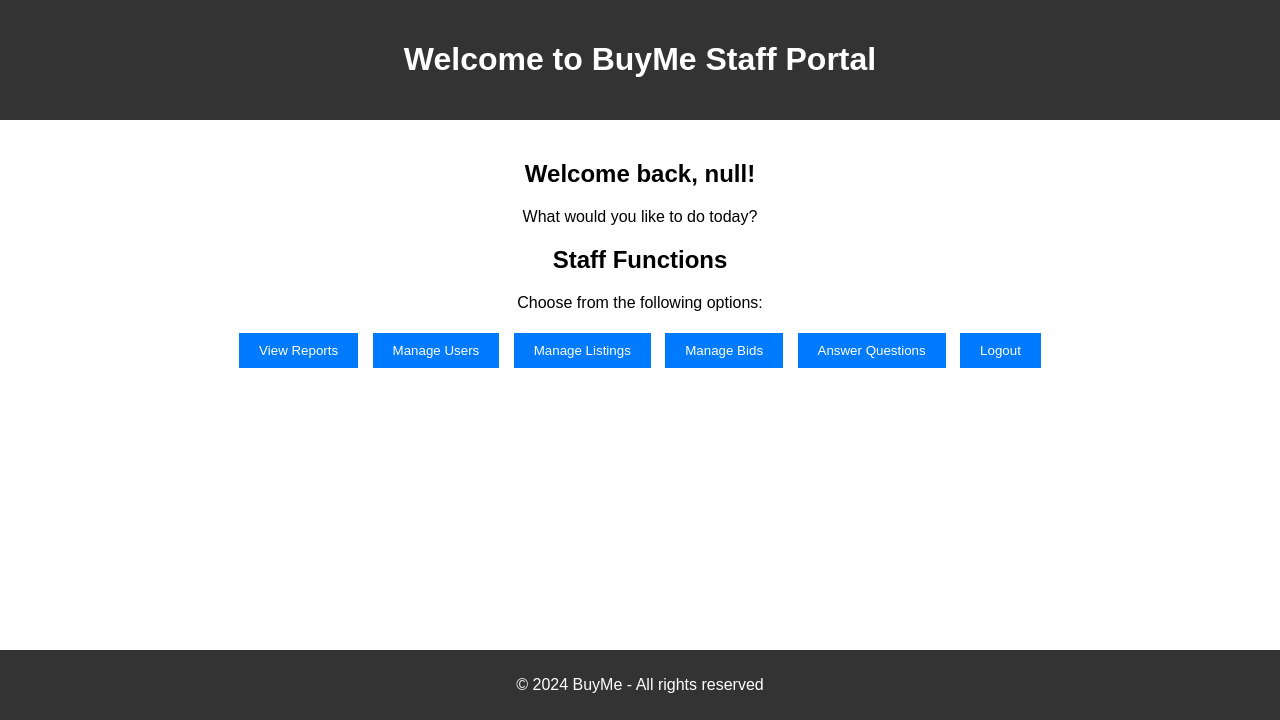
Repository: christot20/BuyMe
Page: http://localhost/336EbayAuction/StaffMode.jsp
An editor plug-in stored every save of this project. The page is shown before and after the next save, followed by the edit.
The browser window is 1280 px wide. The pictures show the whole page.
The page is served by Tomcat 9.

Above is the page before, as saved 2024-05-04 04:34:56.

After the next save:
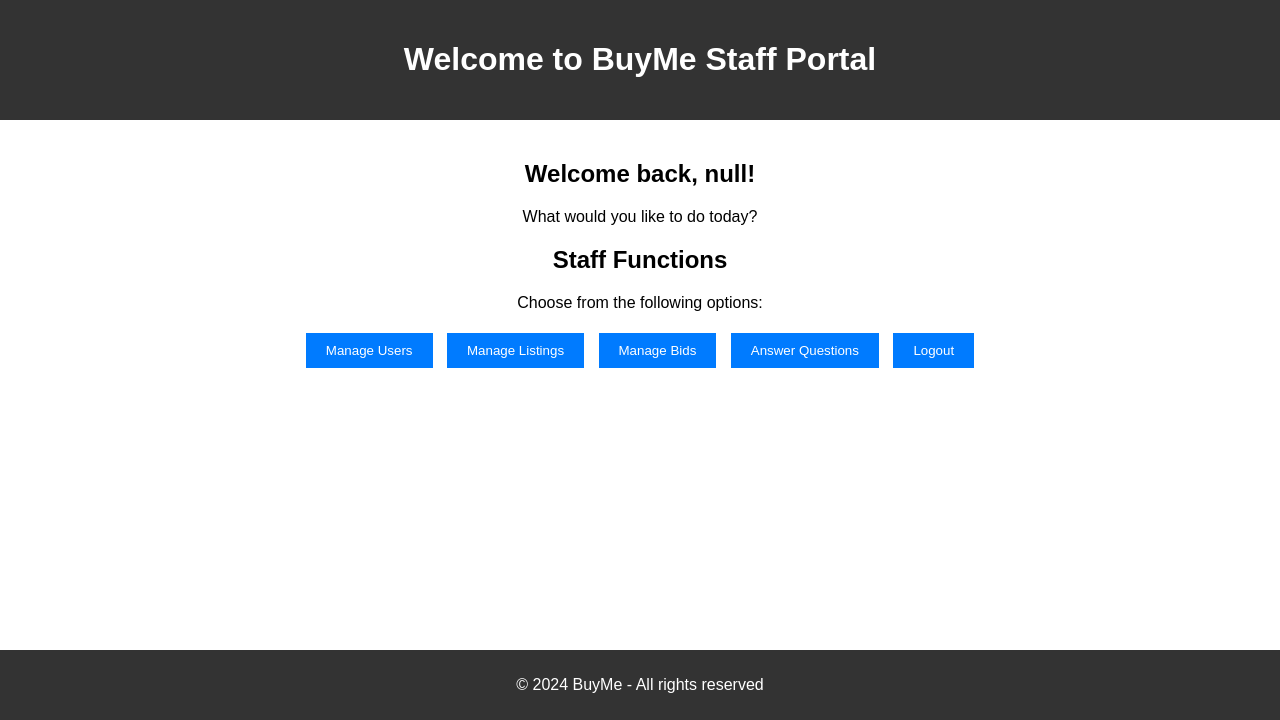
Saved 4 min 48 s later.
--- a/336EbayAuction/src/main/webapp/StaffMode.jsp
+++ b/336EbayAuction/src/main/webapp/StaffMode.jsp
@@ -59,10 +59,9 @@
         <section>
             <h2>Staff Functions</h2>
             <p>Choose from the following options:</p>
-            <button onclick="window.location.href='#'">View Reports</button>
             <button onclick="window.location.href='StaffManageUsers.jsp'">Manage Users</button>
-            <button onclick="window.location.href='AdminManageListings.jsp'">Manage Listings</button>
-            <button onclick="window.location.href='AdminManageBids.jsp'">Manage Bids</button>
+            <button onclick="window.location.href='StaffManageListings.jsp'">Manage Listings</button>
+            <button onclick="window.location.href='StaffManageBids.jsp'">Manage Bids</button>
             <button onclick="window.location.href='Questions.jsp'">Answer Questions</button>
             <button onclick="window.location.href='logout.jsp'">Logout</button>
             <!-- Add more buttons for additional staff functionalities -->
